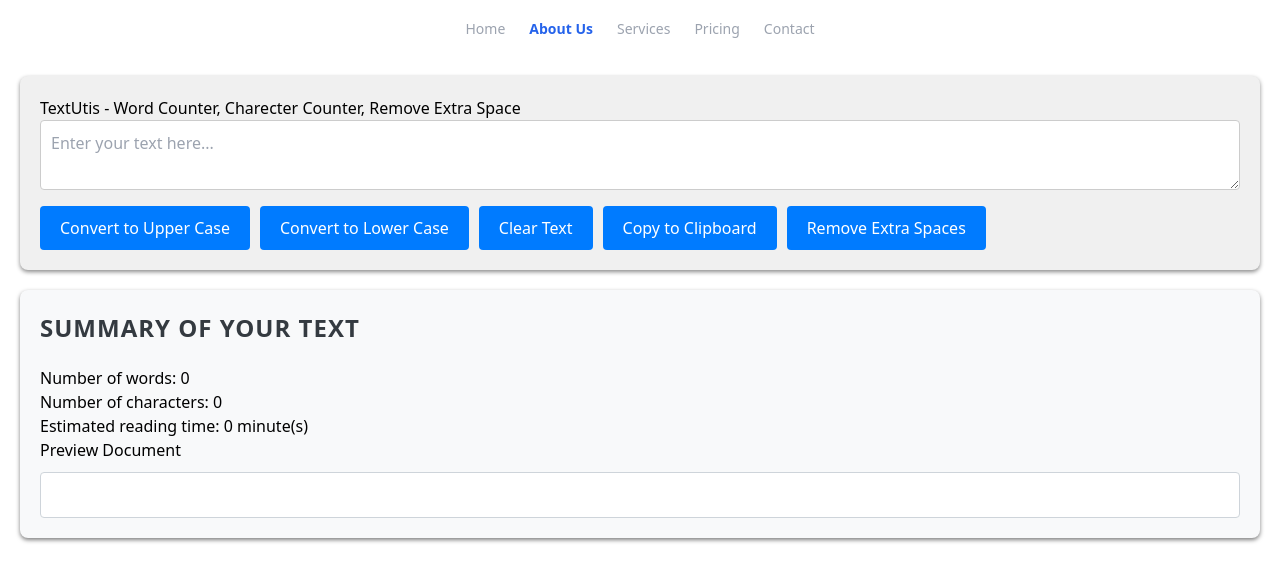
Repository: sriram1224/Text-converter
Page: /contact
An editor plug-in stored every save of this project. The page is shown before and after the next save, followed by the edit.
The browser window is 1280 px wide. The pictures show the whole page.
The project was rebuilt for these pictures with package versions that can differ from the ones it lists, and the page was loaded fresh each time. Also part of the build but not shown: src/App.css.

Above is the page before, as saved 2024-03-27 00:52:58.

### src/App.js
import Home from './Home';
import './App.css';
import Navbar from './Navbar';

function App() {
  return (
    <div className="App">
      <Navbar />
      <Home />
    </div>
  );
}

export default App;

### src/Home.jsx
import React, { useState } from 'react';
import './Home.css';

function InputComponent({ onTextChange }) {
  const [text, setText] = useState('');

  const handleInputChange = (event) => {
    setText(event.target.value);
    onTextChange(event.target.value);
  };

  const convertToUpperCase = () => {
    const upperCaseText = text.toUpperCase();
    setText(upperCaseText);
    onTextChange(upperCaseText);
  };

  const convertToLowerCase = () => {
    const lowerCaseText = text.toLowerCase();
    setText(lowerCaseText);
    onTextChange(lowerCaseText);
  };

  const clearText = () => {
    setText('');
    onTextChange('');
  };

  const copyToClipboard = () => {
    navigator.clipboard.writeText(text);
  };

  const removeExtraSpaces = () => {
    const trimmedText = text.replace(/\s+/g, ' ').trim();
    setText(trimmedText);
    onTextChange(trimmedText);
  };

  return (
      <div className="input-container">
          <h1>TextUtis - Word Counter, Charecter Counter, Remove Extra Space</h1>
      <textarea
        type="text"
        value={text}
        onChange={handleInputChange}
        className="input-field"
        placeholder="Enter your text here..."
      />
      <button onClick={convertToUpperCase} className="btn">Convert to Upper Case</button>
      <button onClick={convertToLowerCase} className="btn">Convert to Lower Case</button>
      <button onClick={clearText} className="btn">Clear Text</button>
      <button onClick={copyToClipboard} className="btn">Copy to Clipboard</button>
      <button onClick={removeExtraSpaces} className="btn">Remove Extra Spaces</button>
    </div>
  );
}

function TextSummary({ text }) {
  const wordCount = text.split(/\s+/).filter((word) => word).length;
  const characterCount = text.length;
  const readingTime = Math.round(wordCount / 200); // assuming an average reading speed of 200 words per minute

  return (
    <div className="summary-container">
      <h1 className="summary-heading">Summary of Your Text</h1>
      <p>Number of words: {wordCount}</p>
      <p>Number of characters: {characterCount}</p>
      <p>Estimated reading time: {readingTime} minute(s)</p>
      <h2>Preview Document</h2>
      <input className="preview-text" value={text} readOnly />
    </div>
  );
}

function Home() {
  const [text, setText] = useState('');

  const handleTextChange = (newText) => {
    setText(newText);
  };

  return (
    <div className="container">
      <InputComponent onTextChange={handleTextChange} />
      <TextSummary text={text} />
    </div>
  );
}

export default Home;

### src/Navbar.jsx
import React, { useState } from 'react';

function Navbar() {
  const [isMenuOpen, setIsMenuOpen] = useState(false);

  const toggleMenu = () => {
    setIsMenuOpen(!isMenuOpen);
  };

  return (
    <nav className="relative px-4 py-4 flex justify-between items-center bg-white">
      <a className="text-3xl font-bold leading-none" href="#">

      </a>
      <div className="lg:hidden">
        <button className="navbar-burger flex items-center text-blue-600 p-3" onClick={toggleMenu}>
          <svg className="block h-4 w-4 fill-current" viewBox="0 0 20 20" xmlns="http://www.w3.org/2000/svg">
            <title>Mobile menu</title>
            <path d="M0 3h20v2H0V3zm0 6h20v2H0V9zm0 6h20v2H0v-2z"></path>
          </svg>
        </button>
      </div>
      <ul className={`lg:flex lg:mx-auto lg:flex lg:items-center lg:w-auto lg:space-x-6 ${isMenuOpen ? '' : 'hidden'}`}>
        <li><a className="text-sm text-gray-400 hover:text-gray-500" href>Home</a></li>
        <li><a className="text-sm text-blue-600 font-bold" href>About Us</a></li>
        <li><a className="text-sm text-gray-400 hover:text-gray-500" href>Services</a></li>
        <li><a className="text-sm text-gray-400 hover:text-gray-500" href>Pricing</a></li>
        <li><a className="text-sm text-gray-400 hover:text-gray-500" href>Contact</a></li>
      </ul>

      {isMenuOpen && <div className="navbar-backdrop fixed inset-0 bg-gray-800 opacity-25" onClick={toggleMenu}></div>}
    </nav>
  );
}

export default Navbar;

### src/Home.css
.container {
    margin: auto;
    padding: 20px;
}

.input-container {

    margin: auto;
    background-color: #f0f0f0;
    padding: 20px;
    border-radius: 8px;
    box-shadow: 0 2px 4px rgba(0, 0, 0, 0.46);
}

.input-field {
    width: 100%;
    padding: 10px;
    margin-bottom: 10px;
    border: 1px solid #ccc;
    border-radius: 4px;
    outline: none;
}

.btn {
    padding: 10px 20px;
    margin-right: 10px;
    background-color: #007bff;
    color: white;
    border: none;
    border-radius: 4px;
    cursor: pointer;
    outline: none;
}

.btn:hover {
    background-color: #0056b3;
}

.summary-container {
    margin: 20px auto;
    padding: 20px;
    background-color: #f8f9fa;
    border-radius: 8px;
    box-shadow: 0 2px 4px rgba(0, 0, 0, 0.511);

    transition: all 0.3s ease;
}

.summary-container:hover {
    box-shadow: 0 5px 15px rgba(0, 0, 0, 0.2);
}

.summary-heading {
    font-size: 24px;
    font-weight: bold;
    margin-bottom: 20px;
    color: #343a40;
    text-transform: uppercase;
    letter-spacing: 1px;
}

.preview-text {
    margin-top: 10px;
    padding: 10px;
    border: 1px solid #ced4da;
    border-radius: 4px;
    width: 100%;
    box-sizing: border-box;
    font-size: 16px;
    color: #495057;
    background-color: #ffffff;
    transition: all 0.3s ease;
}

.preview-text:focus {
    border-color: #495057;
    box-shadow: 0 0 0 0.2rem rgba(73, 80, 87, 0.25);
}

### tailwind.config.js
const path = require('path');

module.exports = {
  content: [
    './src/**/*.{html,jsx}',
  ],
  theme: {
    extend: {},
  },
  plugins: [],
};

Loaded but not shown: public/index.html (common file); src/index.js (common file); src/index.css (common file); src/reportWebVitals.js (common file)

After the next save:
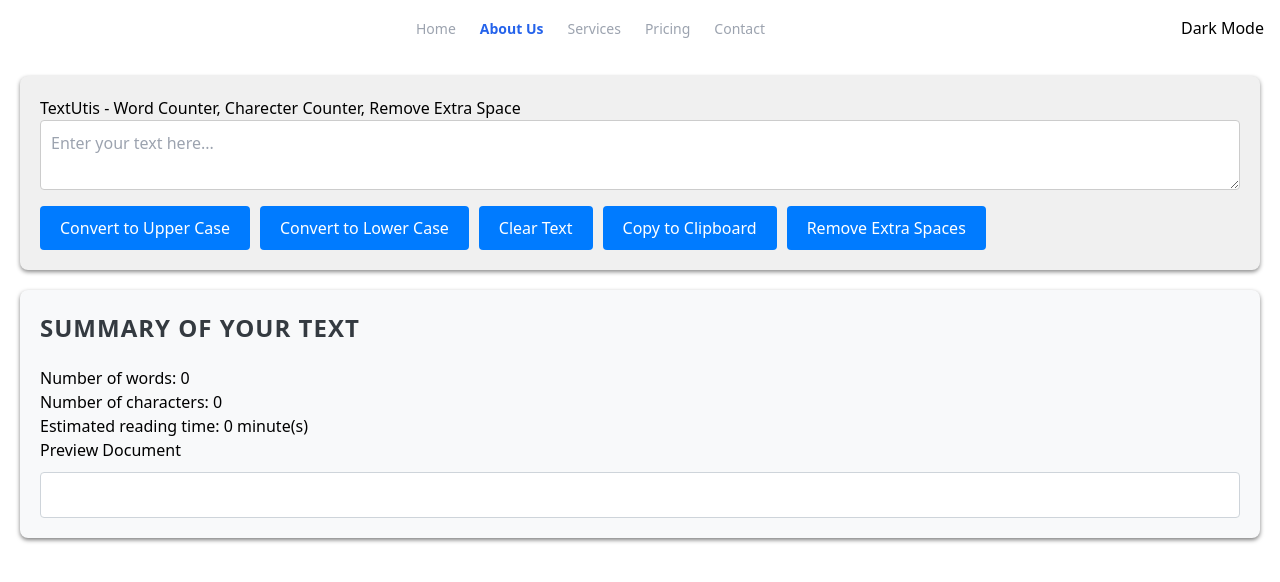
Saved 3 min 51 s later.
--- a/src/Navbar.jsx
+++ b/src/Navbar.jsx
@@ -1,11 +1,31 @@
-import React, { useState } from 'react';
+import React, { useState, useEffect } from 'react';
 
 function Navbar() {
   const [isMenuOpen, setIsMenuOpen] = useState(false);
+  const [isDarkMode, setIsDarkMode] = useState(false);
+  const [showSuccessMessage, setShowSuccessMessage] = useState(false);
 
   const toggleMenu = () => {
     setIsMenuOpen(!isMenuOpen);
   };
+
+  const toggleDarkMode = () => {
+    setIsDarkMode(!isDarkMode);
+    setShowSuccessMessage(true); // Show success message when mode changes
+    setTimeout(() => {
+      setShowSuccessMessage(false); // Hide success message after 2 seconds
+    }, 2000);
+  };
+
+  useEffect(() => {
+    // Here you can set your dark mode styles based on isDarkMode state
+    // For simplicity, I'm just applying a dark class to the body
+    if (isDarkMode) {
+      document.body.classList.add('dark');
+    } else {
+      document.body.classList.remove('dark');
+    }
+  }, [isDarkMode]);
 
   return (
     <nav className="relative px-4 py-4 flex justify-between items-center bg-white">
@@ -28,6 +48,18 @@ function Navbar() {
         <li><a className="text-sm text-gray-400 hover:text-gray-500" href>Contact</a></li>
       </ul>
 
+      {/* Toggle button for dark mode */}
+      <button onClick={toggleDarkMode} className="ml-4">
+        {isDarkMode ? 'Light Mode' : 'Dark Mode'}
+      </button>
+
+      {/* Success message */}
+      {showSuccessMessage && (
+        <div className="success-message">
+          Success: {isDarkMode ? 'Dark' : 'Light'} mode has been enabled for some time
+        </div>
+      )}
+
       {isMenuOpen && <div className="navbar-backdrop fixed inset-0 bg-gray-800 opacity-25" onClick={toggleMenu}></div>}
     </nav>
   );
